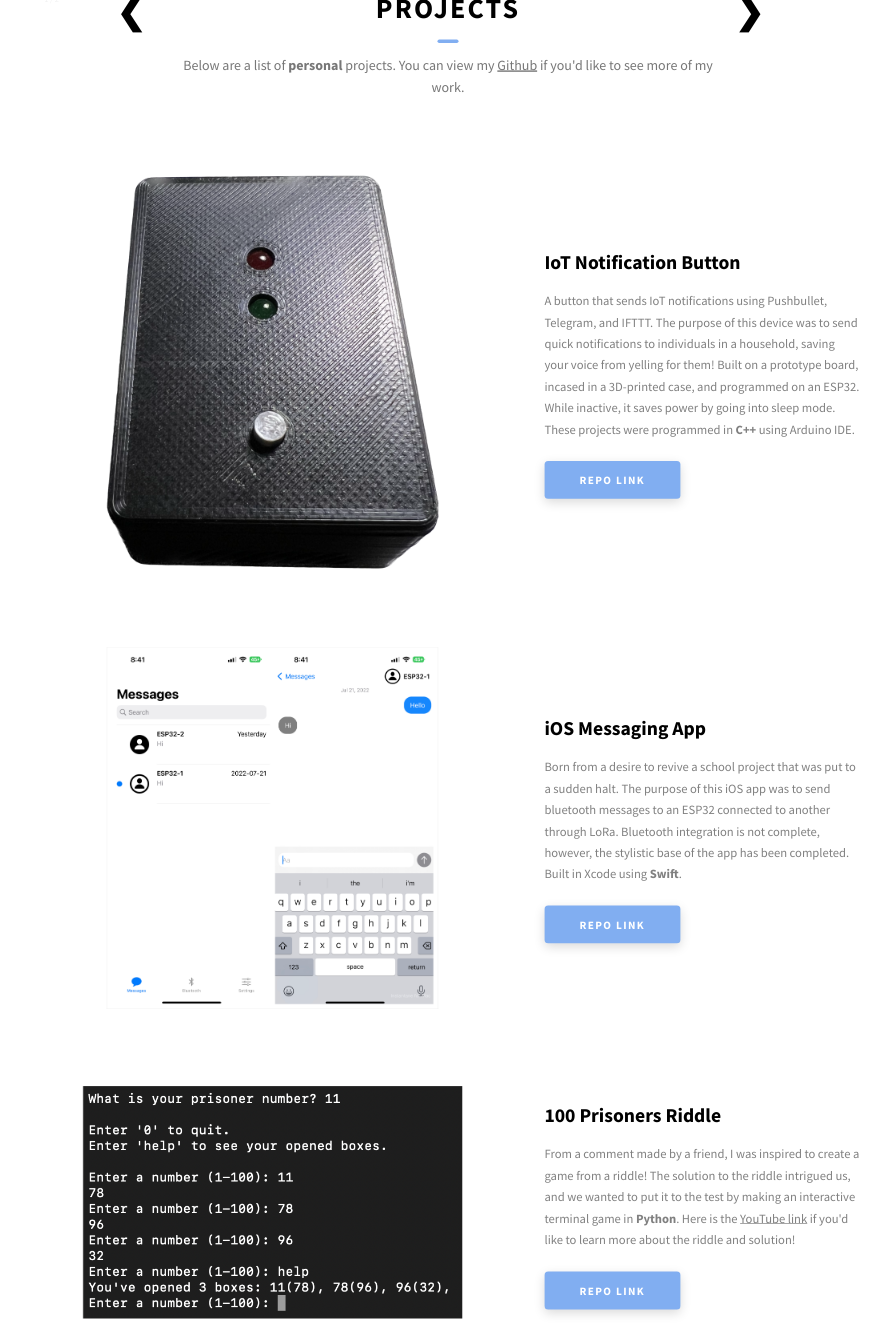
Repository: justinknguyen/Personal-Portfolio
Page: index.html
An editor plug-in stored every save of this project. The page is shown before and after the next save, followed by the edit.
The browser window is 1280 px wide. The pictures show the part of the page from y = 2042 to 3962 px (the page is 6237 px tall before and 6076 px after), at 70% of full size.
The style sheet was rebuilt from its Sass, Less or Tailwind sources for each picture, by a compiler version that may differ from the author's.

Above is the page before, as saved 2022-09-09 21:36:49.

After the next save:
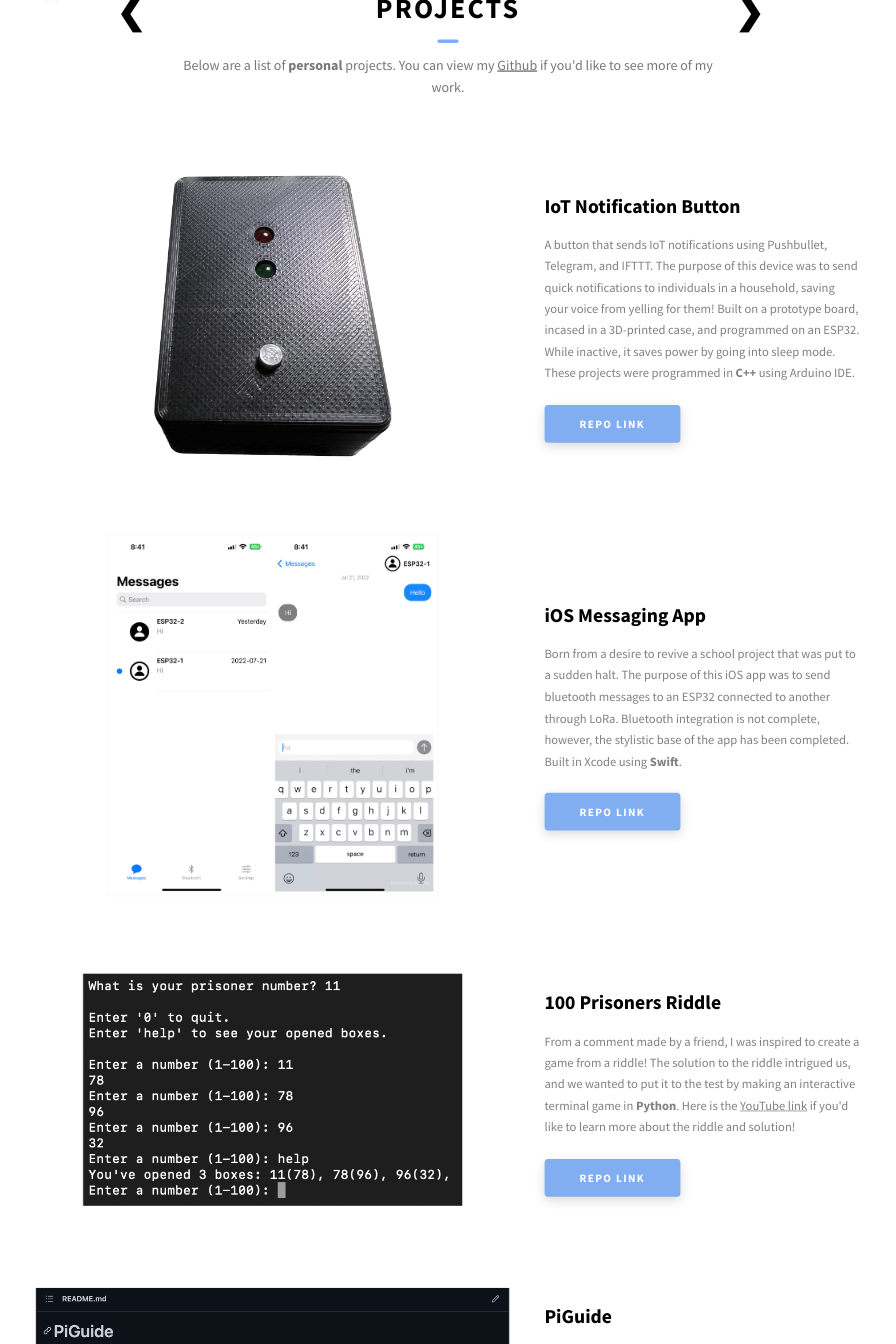
Saved 7 s later.
--- a/index.html
+++ b/index.html
@@ -238,7 +238,7 @@
                     alt="Software Screenshot"
                     class="projects__row-img"
                     loading="lazy"
-                    style="width: 70%; position: relative; left: 50%; transform: translateX(-50%);"
+                    style="width: 50%; position: relative; left: 50%; transform: translateX(-50%);"
                   />
                 </div>
                 <div class="projects__row-content">
